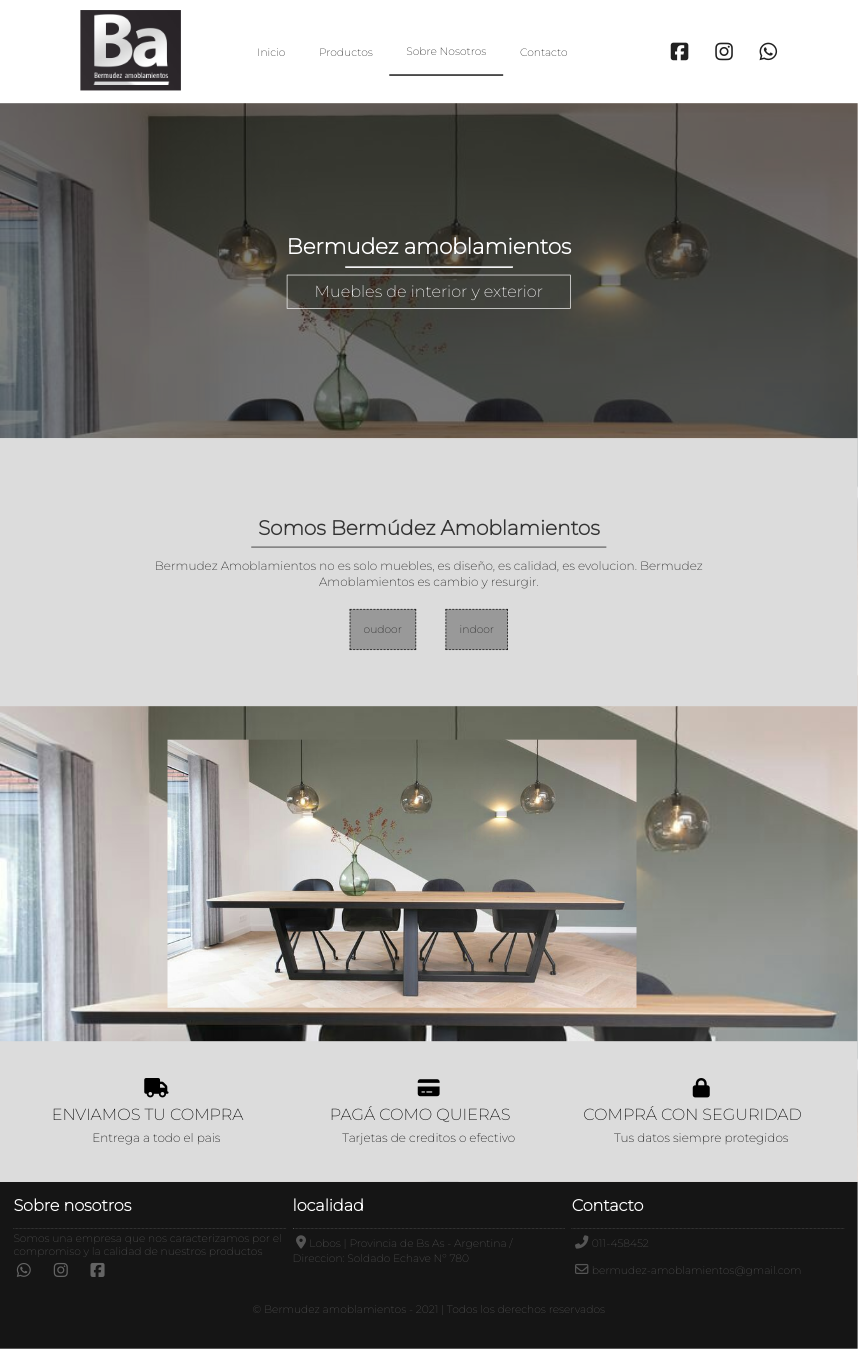
Repository: DamianBermudez94/Bermudez-amoblamientos
Page: index.html
These files come from the project's save history. The page is drawn as it stood at one moment and after the next save; the edit follows.
The browser window is 1280 px wide. The pictures show the whole page, at 67% of full size.
Backgrounds fixed to the window are drawn as part of the page. Some web libraries are served in a nearby version.

Above is the page before, as saved 2022-09-22 19:17:04.

After the next save:
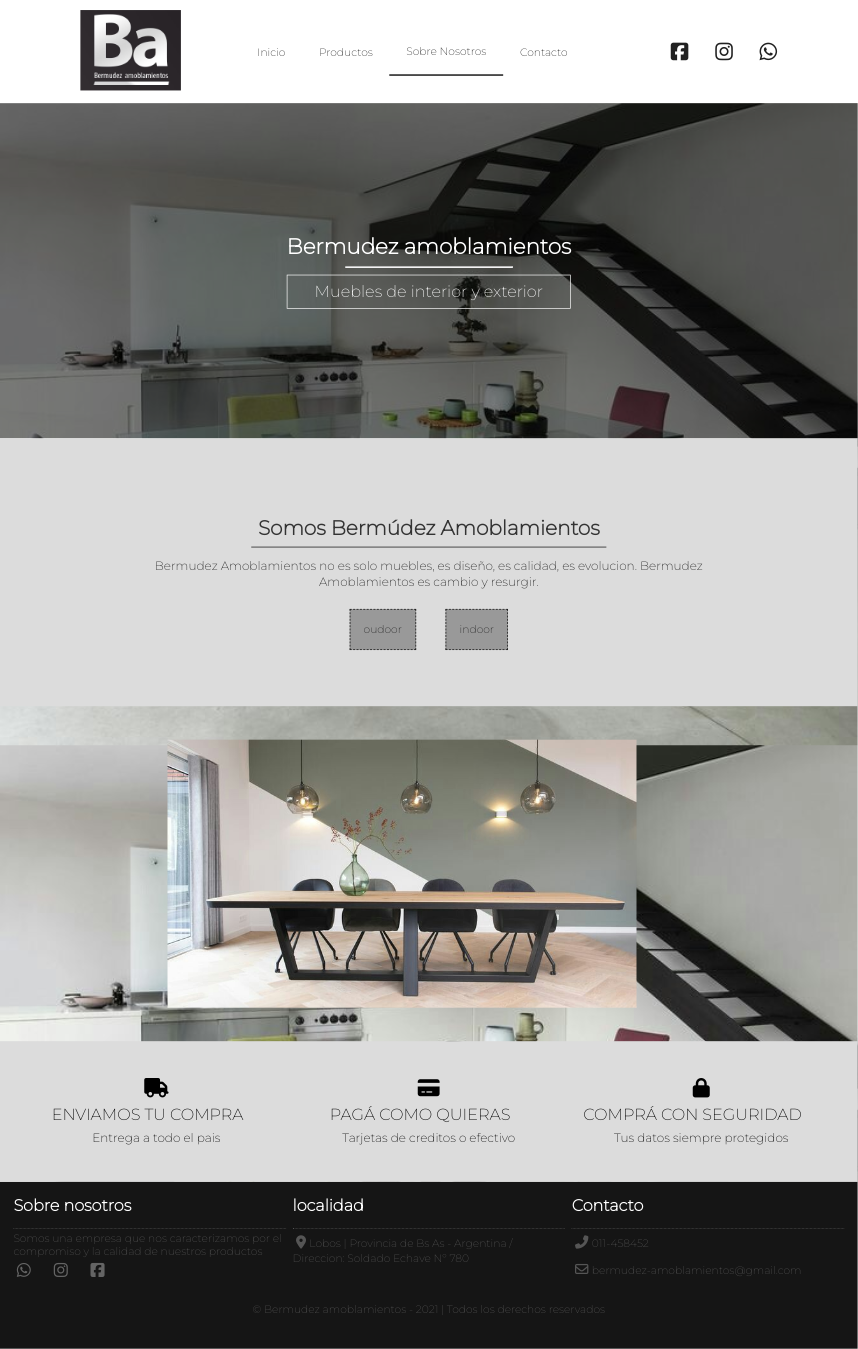
Saved 4 min 59 s later.
--- a/index.css
+++ b/index.css
@@ -34,7 +34,7 @@
   color: #000;
 }
 main{
-  background: url("./indoor/img-indoor/imagenes-indoor/IMG-20210325-WA0018.jpg");
+  background: url("./indoor/img-indoor/imagenes-indoor/IMG-20210325-WA0038.jpg");
   background-attachment: fixed;
   background-position:center;
   background-size:cover;
